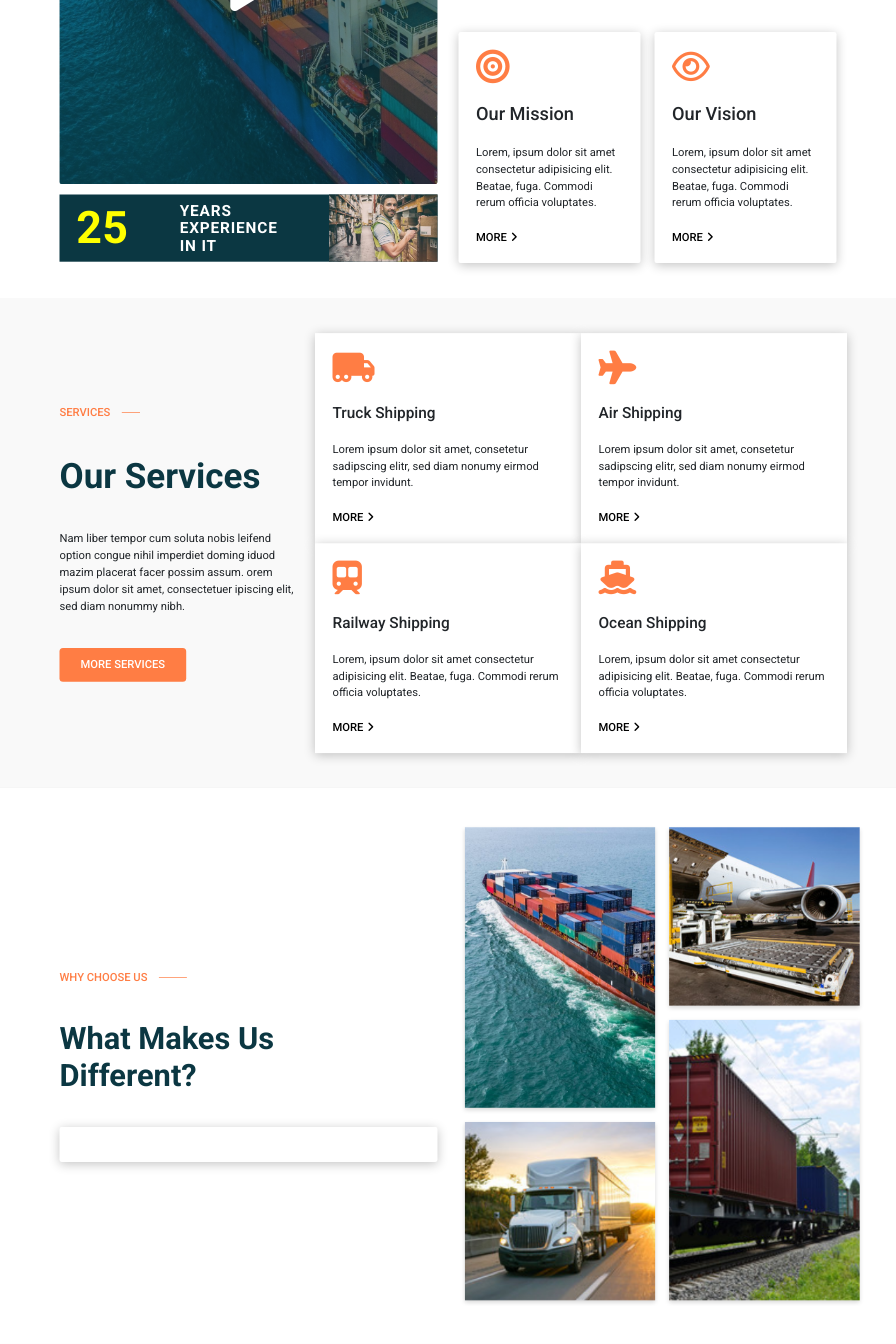
Repository: nazmulalok/shipping-theme
Page: index.html
An editor plug-in stored every save of this project. The page is shown before and after the next save, followed by the edit.
The browser window is 1280 px wide. The pictures show the part of the page from y = 1327 to 3247 px (the page is 3247 px tall), at 70% of full size.
Some web libraries are served in a nearby version.

Above is the page before, as saved 2022-10-08 23:14:30.

After the next save:
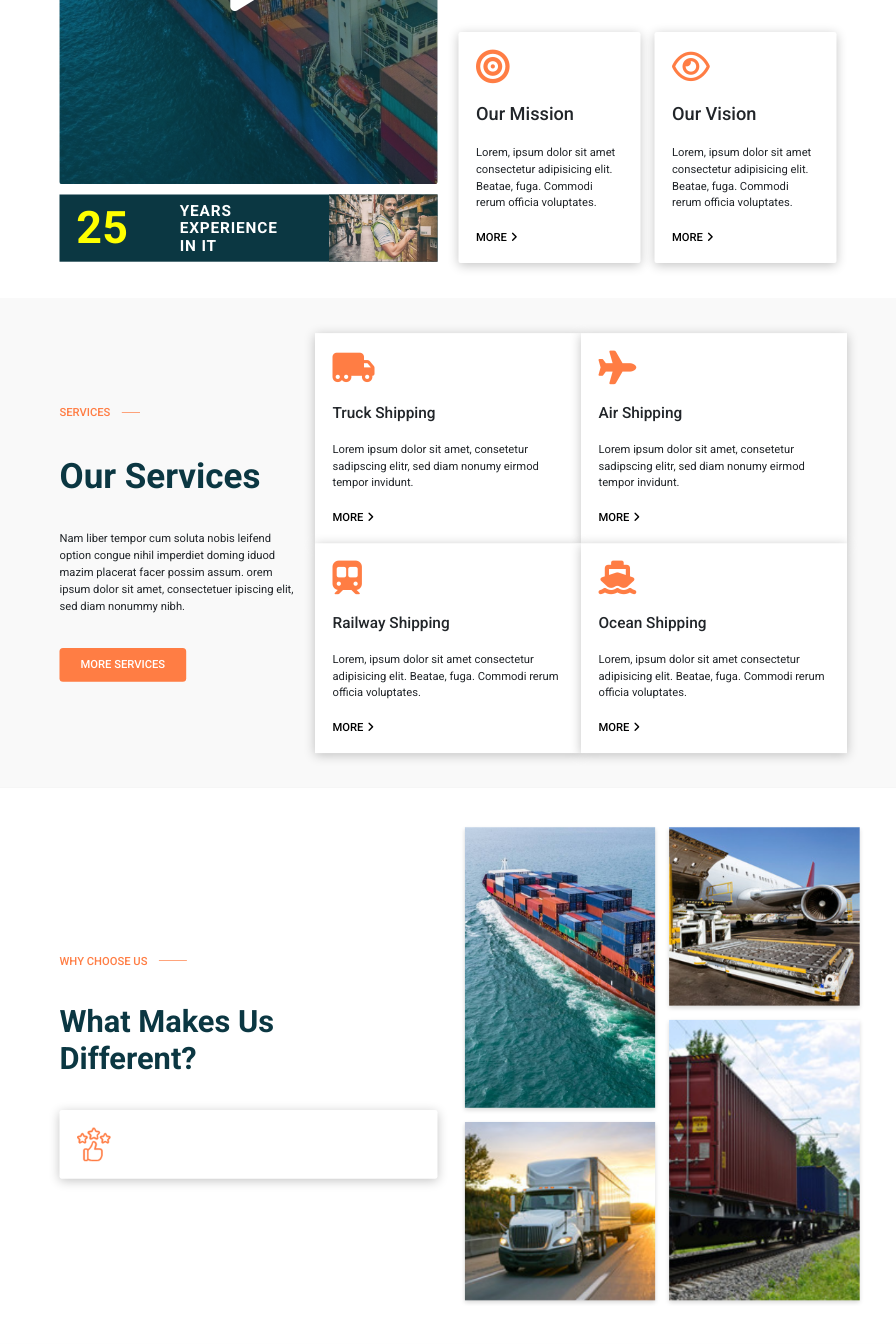
Saved 2 min 56 s later.
--- a/index.html
+++ b/index.html
@@ -226,7 +226,7 @@
                         <div class="why-choose-box">
                             <div class="common-box d-flex">
                                 <div class="content">
-
+                                    <img src="images/satisfied-customers.png" alt="Satisfied Customers">
                                 </div>
                             </div>
                         </div>
